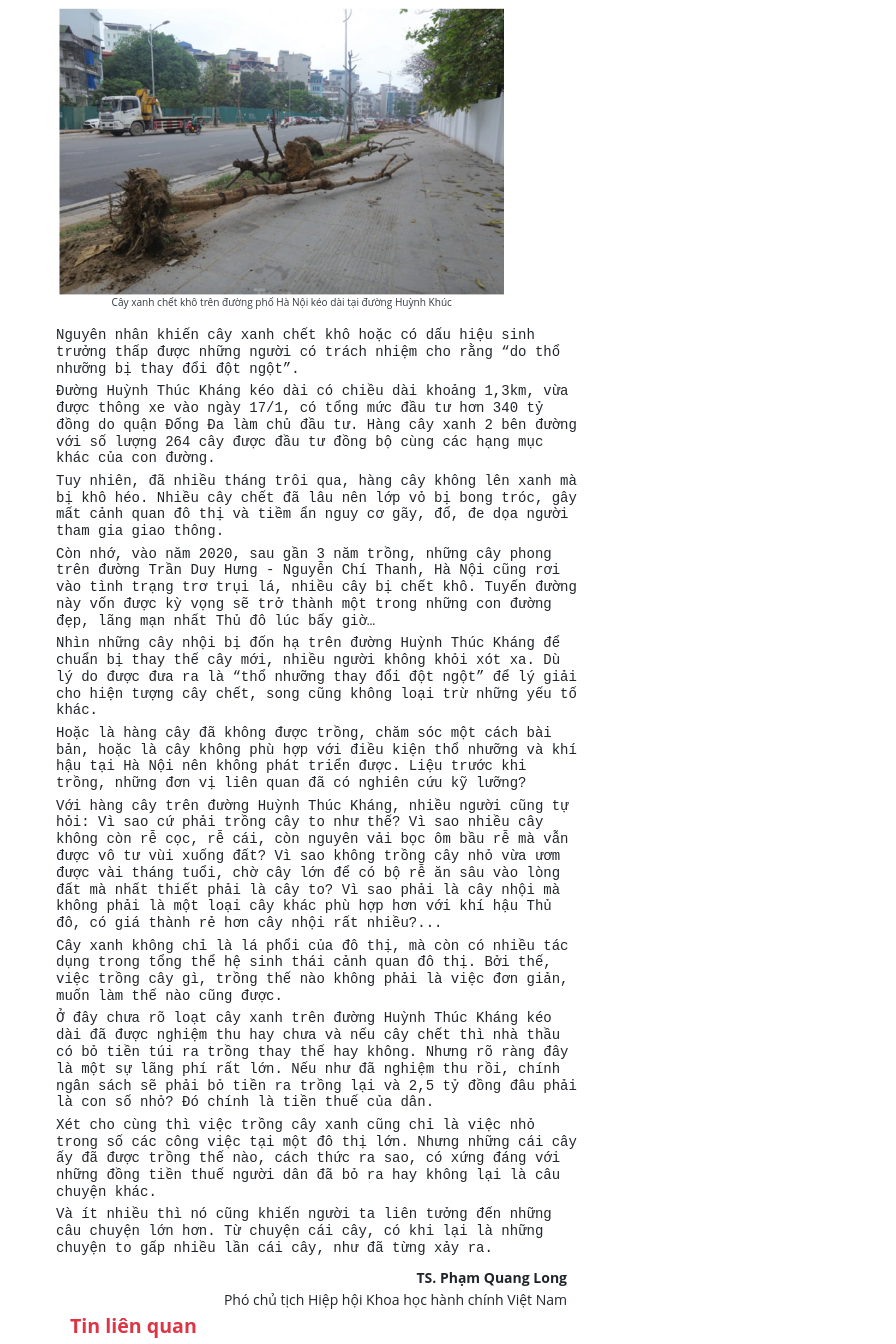
Repository: TRITO719/18_TrinhQuocToan_20081631
Page: So37/html/caykho.html
These files come from the project's save history. The page is drawn as it stood at one moment and after the next save; the edit follows.
The browser window is 1280 px wide. The pictures show the part of the page from y = 911 to 2831 px (the page is 2831 px tall), at 70% of full size.

Above is the page before, as saved 2023-04-19 13:02:49.

After the next save:
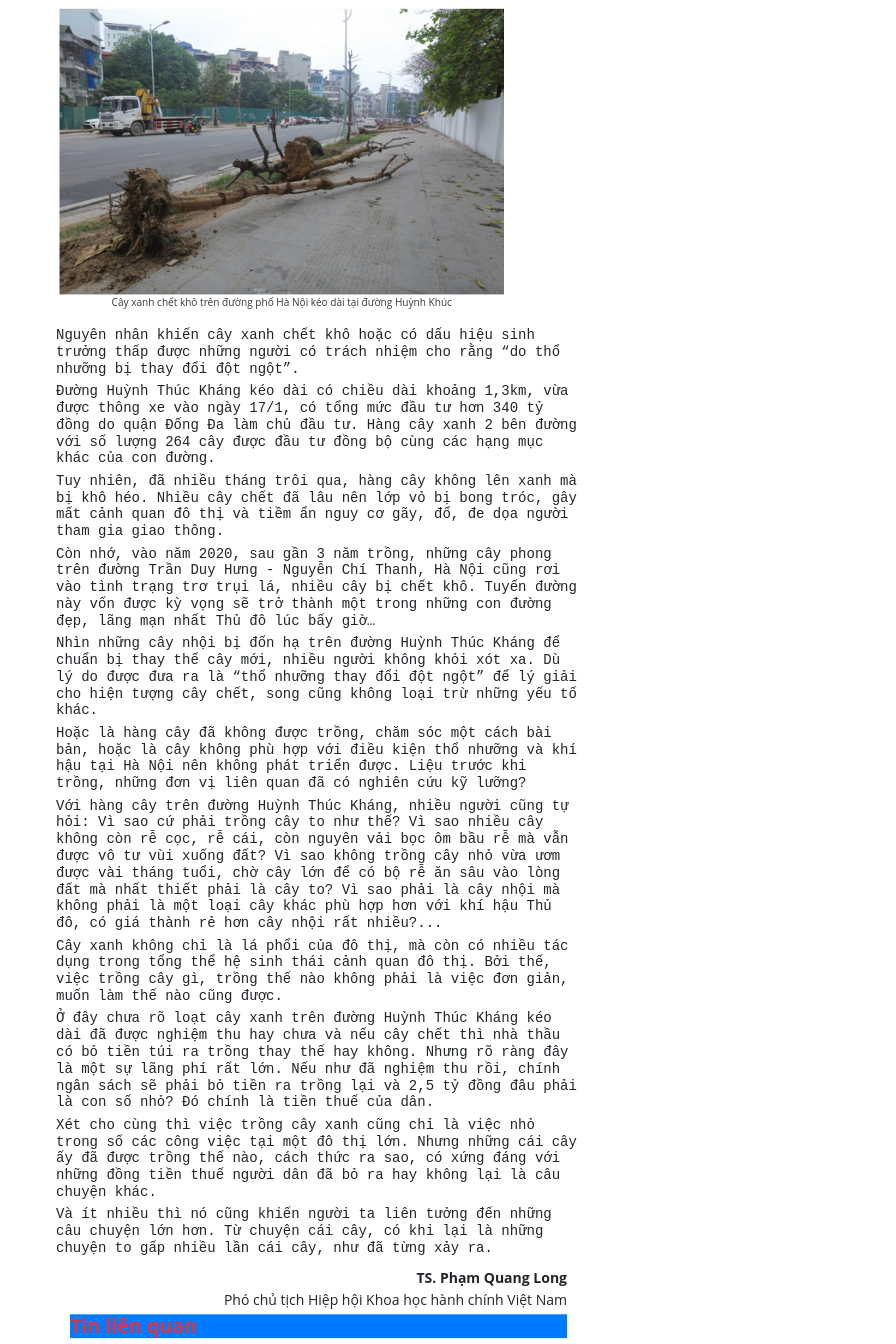
Saved 42 s later.
--- a/So37/html/caykho.html
+++ b/So37/html/caykho.html
@@ -163,7 +163,7 @@
 
             </div>
             <div>
-                <h3 class="text-danger font-weight-bold">Tin liên quan</h3>
+                <h3 class="text-danger font-weight-bold bg-primary">Tin liên quan</h3>
             </div>
         </div>
 
